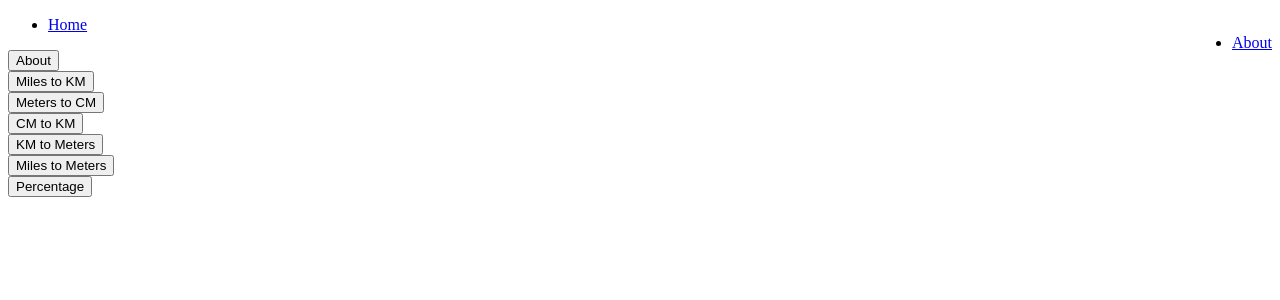
Repository: Kamrangujjar85112/Length-Converter
Page: html/home.html
The author's editor kept a copy of each file at every save. The page is drawn from the files as they stood at one save, then again after the next save.
The browser window is 1280 px wide. The pictures show the whole page.

Above is the page before, as saved 2022-01-21 01:30:15.

After the next save:
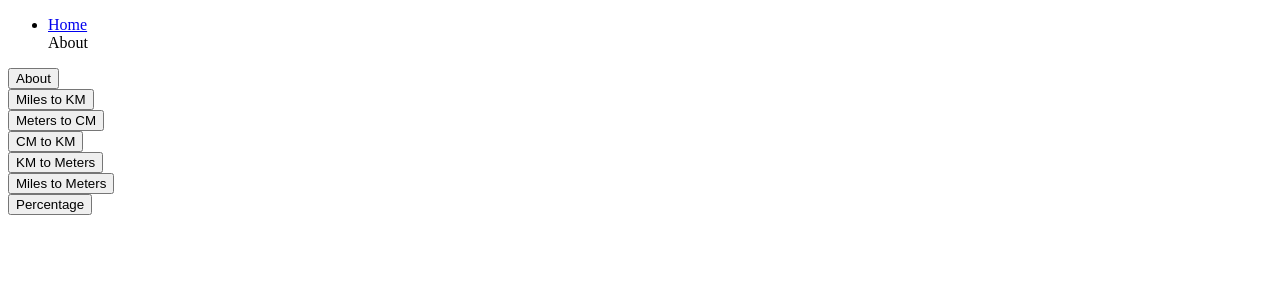
Saved 77 s later.
--- a/html/home.html
+++ b/html/home.html
@@ -12,7 +12,7 @@
     <!-- navbar -->
     <ul>
         <li><a href="#home">Home</a></li>
-        <li style="float:right"><a class="active" href="#about">About</a></li>
+        <li<a class="active" href="#about">About</a></li>
       </ul>
     <!-- End navbar -->
     <a href="about.html" class="about">
